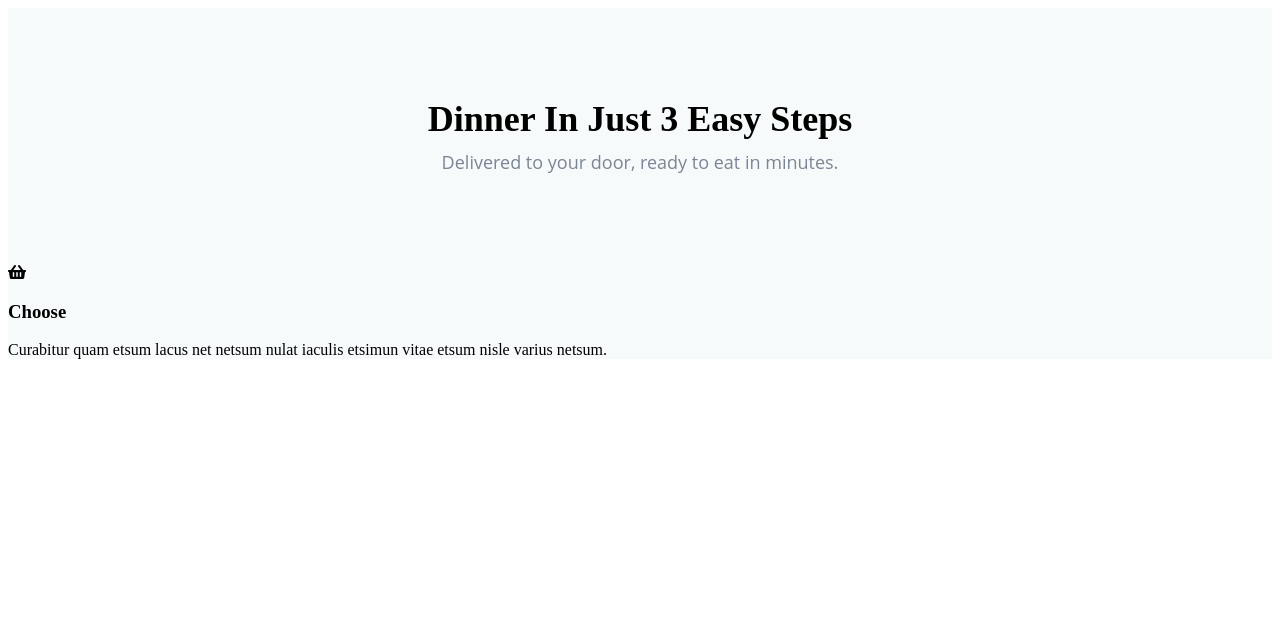
Repository: ST-United-Internship/leadpage
Page: icons-UI.html
An editor plug-in stored every save of this project. The page is shown before and after the next save, followed by the edit.
The browser window is 1280 px wide. The pictures show the whole page.

Above is the page before, as saved 2023-03-15 09:46:03.

### icons-UI.html
<!DOCTYPE html>
<html lang="en">
<head>
    <meta charset="UTF-8">
    <meta http-equiv="X-UA-Compatible" content="IE=edge">
    <meta name="viewport" content="width=device-width, initial-scale=1.0">
    <title>Document</title>
    <link rel="stylesheet" href="css/icons-UI.css">
    <link rel="stylesheet" href="https://use.fontawesome.com/releases/v5.15.4/css/all.css" integrity="sha384-DyZ88mC6Up2uqS4h/KRgHuoeGwBcD4Ng9SiP4dIRy0EXTlnuz47vAwmeGwVChigm" crossorigin="anonymous"/>
</head>
<body>
    <div class="about">
        <div class="title-text">
            <h2>Dinner In Just 3 Easy Steps</h2>
            <p>Delivered to your door, ready to eat in minutes.</p>
        </div>
        <div class="icons-warapper">
            <div class="icon-1">
                <div class="main">
                    <i class="fas fa-shopping-basket"></i>
                    <h3>Choose</h3>
                    <p>Curabitur quam etsum lacus net netsum nulat iaculis etsimun vitae etsum nisle varius netsum.</p>
                </div>
            </div>
            <div></div>
            <div></div>
        </div>
    </div>
</body>
</html>

### css/icons-UI.css
.about{
    background-color: #f7fafa;
}

.about .title-text{
    text-align: center;
    padding: 90px;
}

.about .title-text h2{
    font-size: 36px;
    margin: 0px 0px 10px 0px;
}

.about .title-text p{
    font-size: 18px;
    font-family: 'Open Sans', sans-serif;
    margin: 0;
    font-weight: 400;
    color: #7c8595;
}

After the next save:
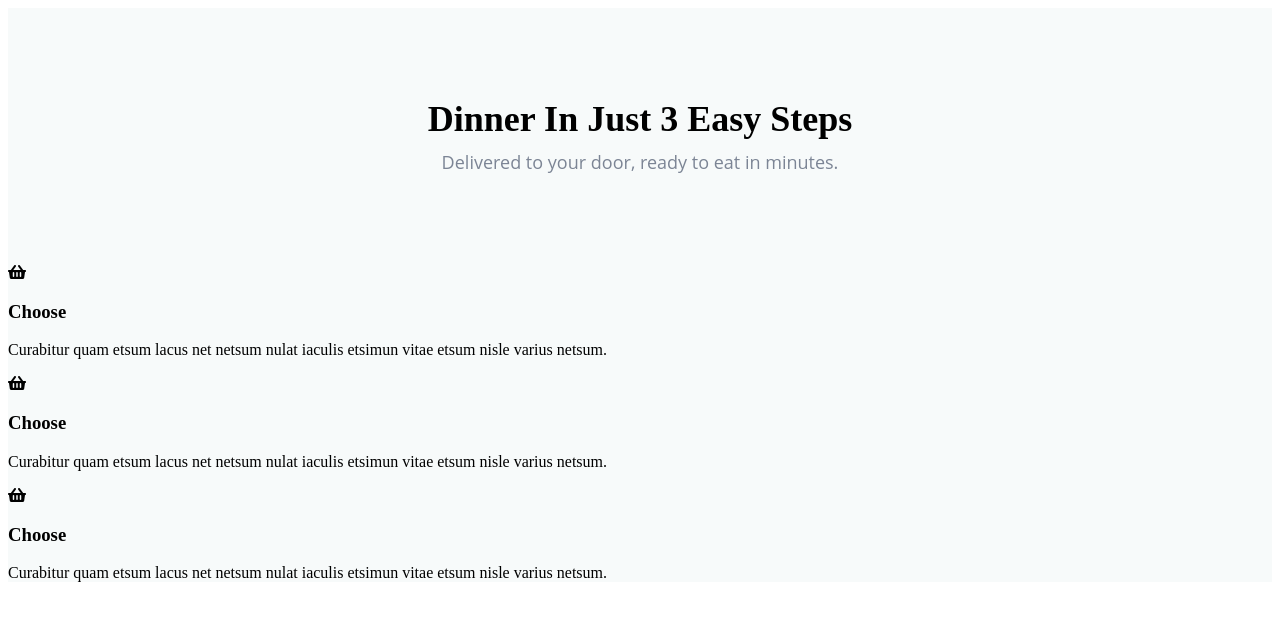
Saved 2 min 2 s later.
--- a/icons-UI.html
+++ b/icons-UI.html
@@ -21,6 +21,16 @@
                     <h3>Choose</h3>
                     <p>Curabitur quam etsum lacus net netsum nulat iaculis etsimun vitae etsum nisle varius netsum.</p>
                 </div>
+                <div class="main">
+                    <i class="fas fa-shopping-basket"></i>
+                    <h3>Choose</h3>
+                    <p>Curabitur quam etsum lacus net netsum nulat iaculis etsimun vitae etsum nisle varius netsum.</p>
+                </div>
+                <div class="main">
+                    <i class="fas fa-shopping-basket"></i>
+                    <h3>Choose</h3>
+                    <p>Curabitur quam etsum lacus net netsum nulat iaculis etsimun vitae etsum nisle varius netsum.</p>
+                </div>
             </div>
             <div></div>
             <div></div>
